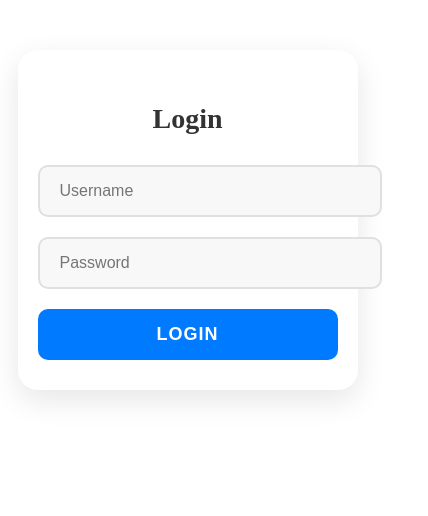
Repository: mdmisri/needy-talk
Page: /login (app in frontend/talk-d1/)
These files come from the project's save history. The page is drawn as it stood at one moment and after the next save; the edit follows.
The browser window is 375 px wide. The page is 392 px wide, then 428 px, so the pictures cover 428 px, including what lies to the right of the window. The pictures show the whole page.
The page's requests for data from a server got no answer. The project was rebuilt for these pictures with package versions that can differ from the ones it lists, and the page was loaded fresh each time. No one was signed in, and anything a server would have sent is missing. Also part of the build but not shown: frontend/talk-d1/src/components/Register/Register.css, frontend/talk-d1/src/components/Register/Register.js, frontend/talk-d1/src/conversationUtils.js, frontend/talk-d1/src/hooks/useConversation.js, frontend/talk-d1/src/components/Chat/styles/Message.css, frontend/talk-d1/src/components/Chat/Message.js, frontend/talk-d1/src/components/Chat/ChatBox.js, frontend/talk-d1/src/components/Chat/AdminChatBox.js and 3 more.

Above is the page before, as saved 2024-07-28 14:53:22.

After the next save:
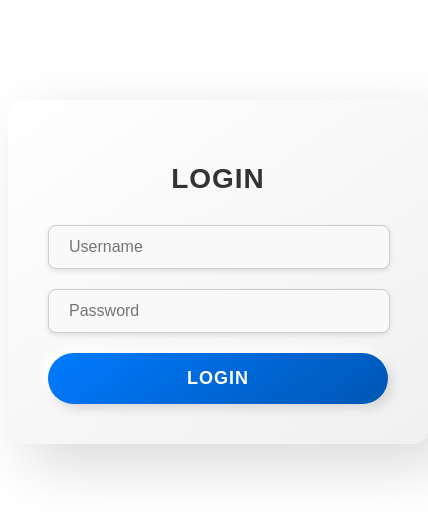
Saved 2 h 12 min later.
--- a/frontend/talk-d1/src/components/Login/Login.css
+++ b/frontend/talk-d1/src/components/Login/Login.css
@@ -1,84 +1,79 @@
-/* Container for the login form */
 .login-container {
-    max-width: 300px;
-    margin: 50px auto;
+    width: 340px;
     padding: 40px;
-    background: #ffffff;
-    border-radius: 20px;
-    box-shadow: 0 10px 30px rgba(0, 0, 0, 0.1);
+    background: linear-gradient(145deg, #ffffff, #f0f0f0);
+    box-shadow: 20px 20px 60px #d9d9d9, -20px -20px 60px #ffffff;
+    border-radius: 15px;
+    margin: 100px auto;
     text-align: center;
+    font-family: 'Arial', sans-serif;
 }
 
-/* Heading for the login form */
 .login-container h2 {
     margin-bottom: 30px;
     color: #333;
     font-size: 28px;
-    font-weight: 700;
+    font-weight: 600;
+    text-transform: uppercase;
+    letter-spacing: 1px;
 }
 
-/* Error message styling */
-.login-container .error {
-    color: #ff3e3e;
-    margin-bottom: 15px;
-    font-size: 14px;
-    font-weight: 500;
+.login-container input[type="text"],
+.login-container input[type="password"] {
+    width: calc(100% - 40px); /* Adjust width to account for padding */
+    margin-bottom: 20px;
+    padding: 12px 20px; /* Adjust padding for better spacing */
+    border: 1px solid #ccc; /* Add a subtle border */
+    border-radius: 8px; /* Less rounded for a more modern look */
+    background: #f9f9f9;
+    box-shadow: 0 2px 5px rgba(0, 0, 0, 0.1); /* Subtle outer shadow */
+    font-size: 16px;
+    transition: all 0.3s ease;
+    outline: none; /* Remove default outline */
 }
 
-/* Input fields for username and password */
-.login-container input[type="text"],
-.login-container input[type="password"] {
-    width: 100%;
-    margin-bottom: 20px;
-    padding: 15px 20px;
-    border: 2px solid #e0e0e0;
-    border-radius: 10px;
-    background: #f8f8f8;
-    font-size: 16px;
-    transition: all 0.3s ease;
+.login-container input[type="text"]:focus,
+.login-container input[type="password"]:focus {
+    border-color: #007BFF; /* Highlight border color on focus */
+    box-shadow: 0 0 5px rgba(0, 123, 255, 0.5); /* Add glow effect on focus */
+    background: #fff; /* Ensure background is clear on focus */
 }
 
-/* Focus state for input fields */
+
 .login-container input[type="text"]:focus,
 .login-container input[type="password"]:focus {
     outline: none;
-    border-color: #007bff;
-    background: #ffffff;
-    box-shadow: 0 0 0 5px rgba(0, 123, 255, 0.1);
+    box-shadow: inset 5px 5px 10px #c1c1c1, inset -5px -5px 10px #ffffff;
 }
 
-/* Button styling */
+.login-container input:focus {
+    outline: none;
+    box-shadow: inset 5px 5px 10px #c1c1c1, inset -5px -5px 10px #ffffff;
+}
+
 .login-container button {
     width: 100%;
     padding: 15px;
-    background: #007bff;
+    background: linear-gradient(145deg, #007bff, #0056b3);
     color: #fff;
     border: none;
-    border-radius: 10px;
+    border-radius: 50px;
     cursor: pointer;
     font-size: 18px;
     font-weight: 600;
     text-transform: uppercase;
     letter-spacing: 1px;
     transition: all 0.3s ease;
+    box-shadow: 5px 5px 10px #d9d9d9, -5px -5px 10px #ffffff;
 }
 
-/* Hover state for button */
 .login-container button:hover {
-    background: #0056b3;
+    background: linear-gradient(145deg, #0056b3, #004494);
     transform: translateY(-3px);
-    box-shadow: 0 5px 15px rgba(0, 86, 179, 0.3);
+    box-shadow: 7px 7px 15px #d9d9d9, -7px -7px 15px #ffffff;
 }
 
-/* Active state for button */
 .login-container button:active {
     transform: translateY(0);
-    box-shadow: none;
+    box-shadow: 3px 3px 5px #d9d9d9, -3px -3px 5px #ffffff;
 }
-
-/* Responsive design for smaller screens */
-@media (max-width: 480px) {
-    .login-container {
-        padding: 30px 20px;
-    }
-}
